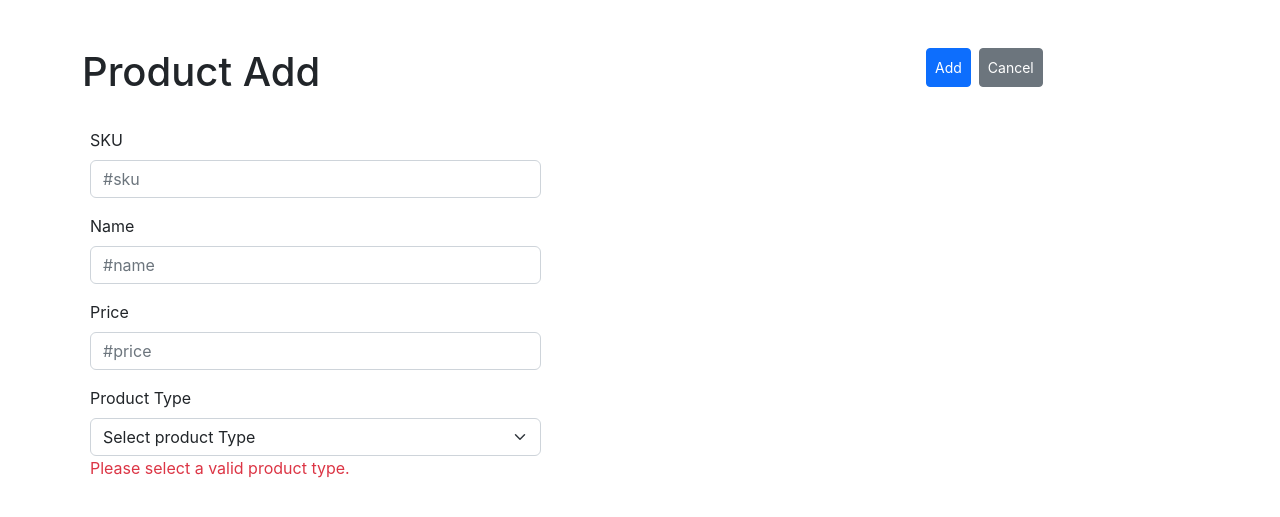
Repository: MagdyAbouelnasr/scandiweb_project
Page: /addproduct
These files come from the project's save history. The page is drawn as it stood at one moment and after a run of saves; the edit follows.
The browser window is 1280 px wide. The pictures show the whole page.
The project was rebuilt for these pictures with package versions that can differ from the ones it lists, and the page was loaded fresh each time. Also part of the build but not shown: src/App.css, src/components/Product/Product-style.scss, src/components/Product/Product.css, src/components/Pages/ProductList.jsx, src/components/ProductAdd/Book.component.jsx, src/components/ProductAdd/DVD.component.jsx, src/components/ProductAdd/Furniture.component.jsx, src/App.jsx.

Above is the page before, as saved 2023-05-09 01:34:20.

After the next 2 saves:
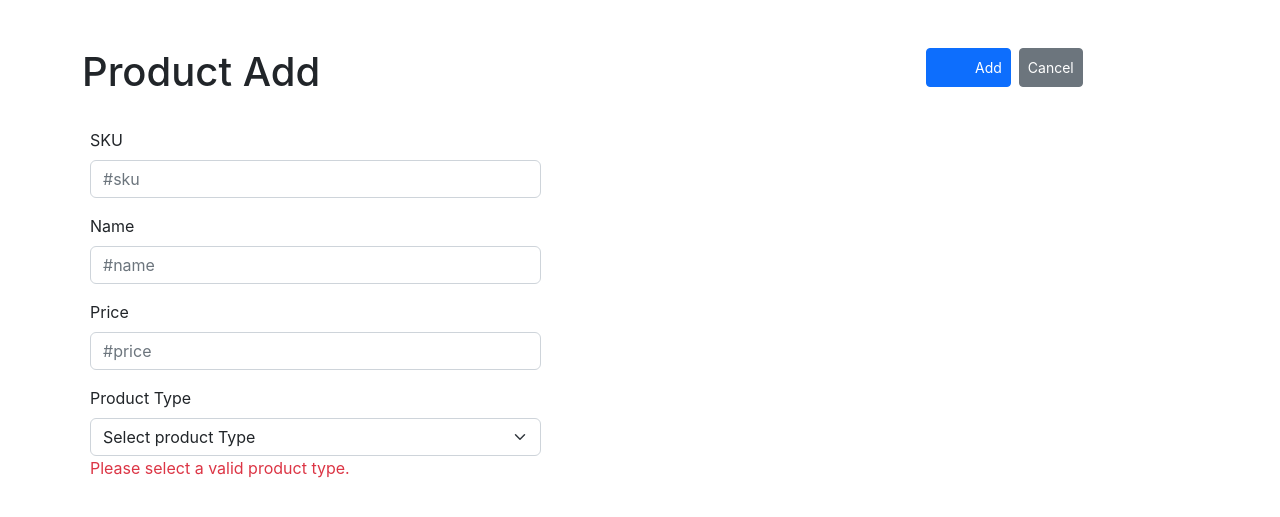
The 2 saves are shown as one change because they came seconds apart.
The last was saved 6 s later.
--- a/src/components/Pages/ProductAdd.jsx
+++ b/src/components/Pages/ProductAdd.jsx
@@ -128,7 +128,7 @@
         <div className="row">
           <h1 className="page-header text-header col-md-8 text-start">Product Add</h1>
           <div className="col-4 ps-5 ms-0">
-            <Button type="submit" className="p-2 ps-2 ms-5" variant="primary" size="sm">
+            <Button type="submit" className="p-2 ps-5 ms-5" variant="primary" size="sm">
               Add
             </Button>
             <Button

After the save that followed:
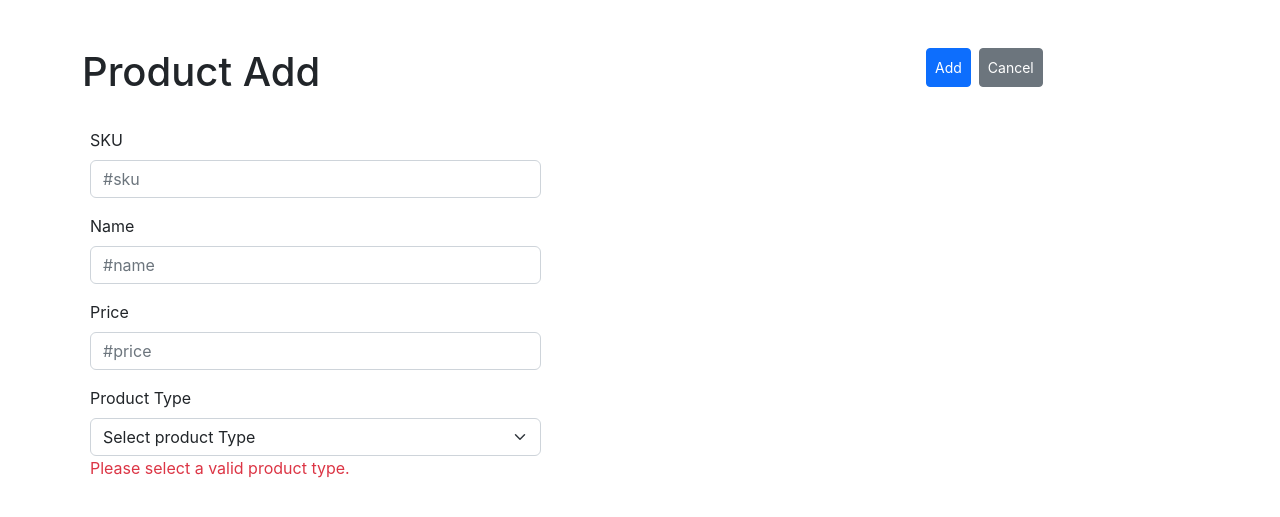
Saved 11 s later.
--- a/src/components/Pages/ProductAdd.jsx
+++ b/src/components/Pages/ProductAdd.jsx
@@ -128,7 +128,7 @@
         <div className="row">
           <h1 className="page-header text-header col-md-8 text-start">Product Add</h1>
           <div className="col-4 ps-5 ms-0">
-            <Button type="submit" className="p-2 ps-5 ms-5" variant="primary" size="sm">
+            <Button type="submit" className="p-2  ms-5" variant="primary" size="sm">
               Add
             </Button>
             <Button
